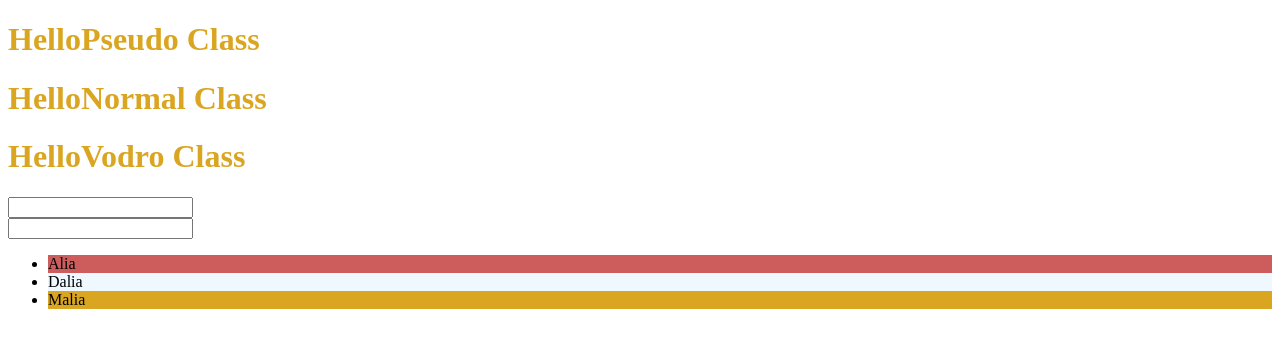
Repository: mohsinfarabi/first-website
Page: pseudo_class.html
These files come from the project's save history. The page is drawn as it stood at one moment and after the next save; the edit follows.
The browser window is 1280 px wide. The pictures show the whole page.

Above is the page before, as saved 2020-06-29 22:19:12.

### pseudo_class.html
<!DOCTYPE html>
<html lang="en">

<head>
    <meta charset="UTF-8">
    <meta name="viewport" content="width=device-width, initial-scale=1.0">
    <title>Document</title>
    <style>
        h1 {
            color: goldenrod;
        }

        .special-effect:hover {
            color: indianred;
            font-size: 60px;
            background-color: lawngreen;
        }

        input:focus {
            font-weight: 700px;
            font-size: 20px;
            color: green;
        }

        li:first-child {
            background-color: indianred;
        }

        li:last-child {
            background-color: goldenrod;
        }

        li:nth-child(2) {
            background-color: aliceblue;
        }

        h1::before {
            content: "Hello";
        }
    </style>
</head>

<body>
    <h1>Pseudo Class</h1>
    <h1>Normal Class</h1>
    <h1 class="special-effect">Vodro Class</h1>
    <input name="email" type="text">
    <br>
    <input name="password" type="text">
    <ul>
        <li>Alia</li>
        <li>Dalia</li>
        <li>Malia</li>
    </ul>
</body>

</html>

After the next save:
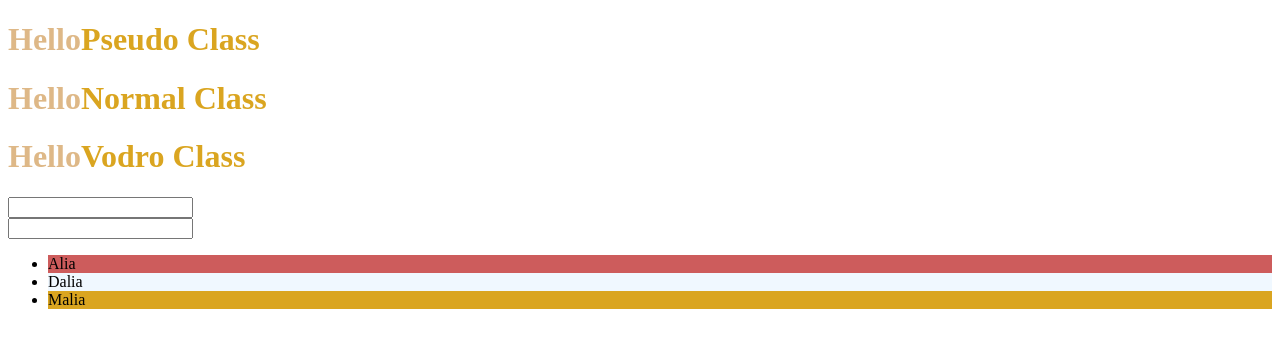
Saved 12 s later.
--- a/pseudo_class.html
+++ b/pseudo_class.html
@@ -36,6 +36,7 @@
 
         h1::before {
             content: "Hello";
+            color: burlywood;
         }
     </style>
 </head>
